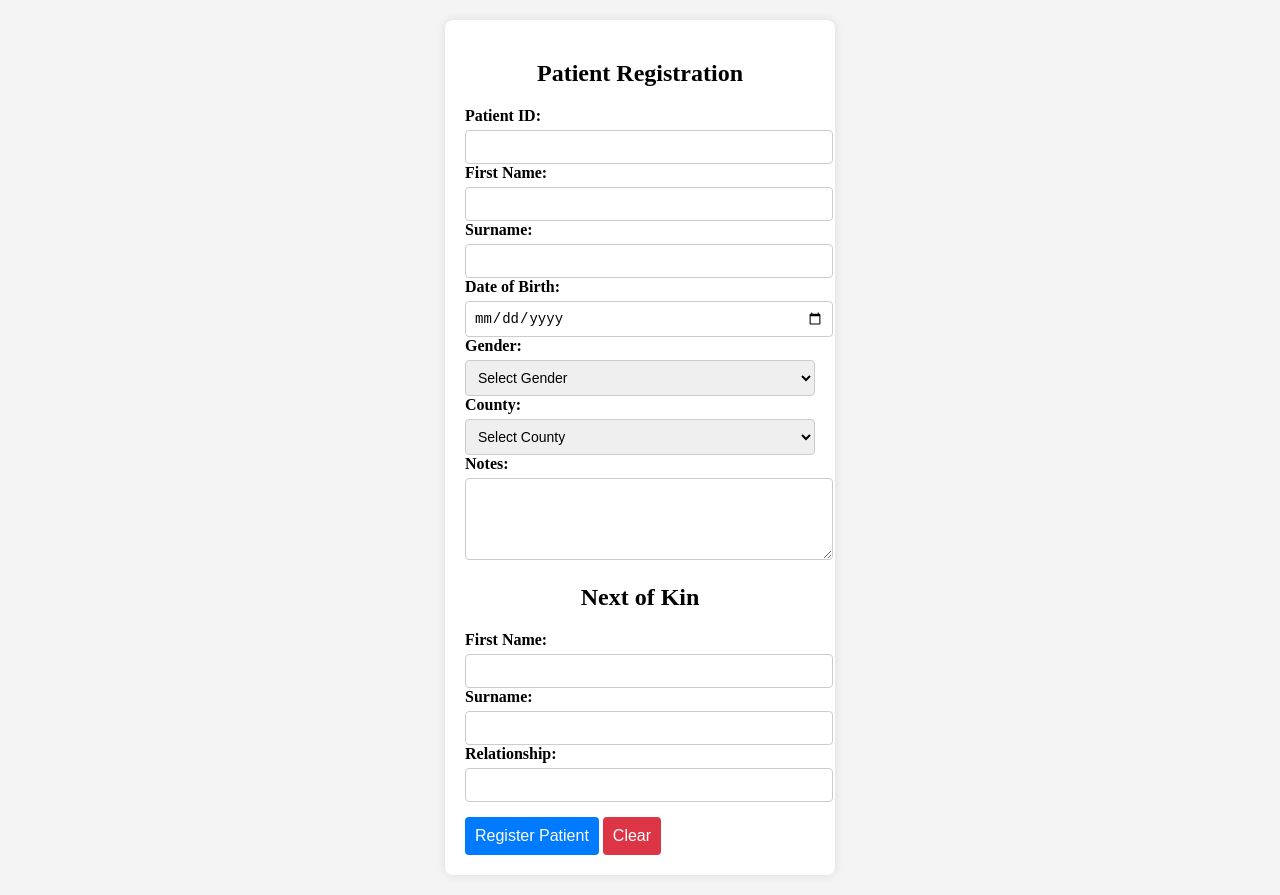
Repository: EphrahimLaanyu123/wsp
Page: Registration.html
These files come from the project's save history. The page is drawn as it stood at one moment and after the next save; the edit follows.
The browser window is 1280 px wide. The pictures show the whole page.

Above is the page before, as saved 2025-03-14 07:58:49.

After the next save:
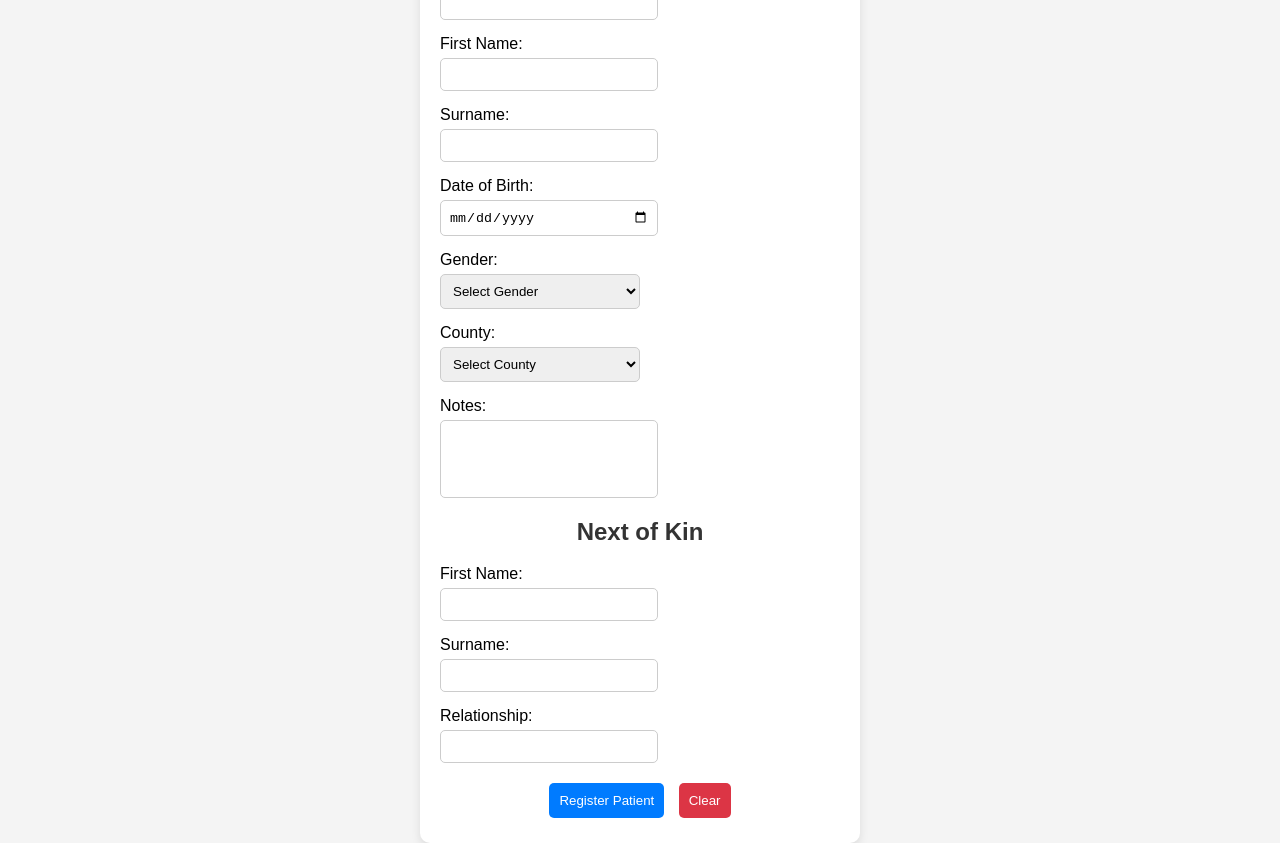
Saved 18 s later.
--- a/styles.css
+++ b/styles.css
@@ -50,77 +50,79 @@
 
 
 
-
-.error {
-    color: red;
-    font-size: 0.8em;
+/* General Form Styles */
+body {
+    font-family: Arial, sans-serif;
+    background-color: #f4f4f4;
+    margin: 0;
+    padding: 0;
+    display: flex;
+    justify-content: center;
+    align-items: center;
+    height: 100vh;
 }
 
-.invalid {
-    border: 1px solid red;
+.form-container {
+    background: white;
+    padding: 20px;
+    border-radius: 10px;
+    box-shadow: 0px 4px 10px rgba(0, 0, 0, 0.1);
+    width: 400px;
 }
-#registrationForm {
+
+/* Headings */
+h1, h2 {
+    text-align: center;
+    color: #333;
+}
+
+/* Form Group */
+.form-group {
     display: flex;
     flex-direction: column;
+    margin-bottom: 15px;
+    position: relative;
 }
 
-body {
-    background-color: #f4f4f4;
-    margin: 0;
-    padding: 20px;
-    display: flex;
-    justify-content: center;
+/* Input & Select */
+input, select, textarea {
+    width: 200px; /* Smaller width */
+    padding: 8px;
+    border: 1px solid #ccc;
+    border-radius: 5px;
+    margin-top: 5px;
 }
 
-section {
-    background: white;
-    padding: 20px;
-    border-radius: 8px;
-    box-shadow: 0px 0px 10px rgba(0, 0, 0, 0.1);
-    width: 350px;
+textarea {
+    resize: none;
 }
 
-h1, h2 {
-    text-align: center;
-}
-
-form {
+/* Error Messages */
+.input-container {
     display: flex;
-    flex-direction: column;
-}
-
-label {
-    font-weight: bold;
-    margin-top: 10px;
-}
-
-input, select, textarea {
-    width: 100%;
-    padding: 8px;
-    margin-top: 5px;
-    border: 1px solid #ccc;
-    border-radius: 4px;
-    font-size: 14px;
-}
-
-input.invalid, select.invalid {
-    border-color: red;
+    align-items: center;
+    position: relative;
 }
 
 .error {
     color: red;
     font-size: 12px;
-    margin-top: 2px;
+    margin-left: 10px;
+    white-space: nowrap; /* Keeps error message in one line */
+}
+
+/* Buttons */
+.button-group {
+    text-align: center;
 }
 
 button {
-    margin-top: 15px;
+    background: #007bff;
+    color: white;
     padding: 10px;
     border: none;
-    background: #007bff;
-    color: white;
-    font-size: 16px;
-    border-radius: 4px;
+    border-radius: 5px;
+    margin: 5px;
     cursor: pointer;
 }
 
@@ -133,5 +135,5 @@
 }
 
 button#clearForm:hover {
-    background: #b52b3a;
+    background: #a71d2a;
 }
